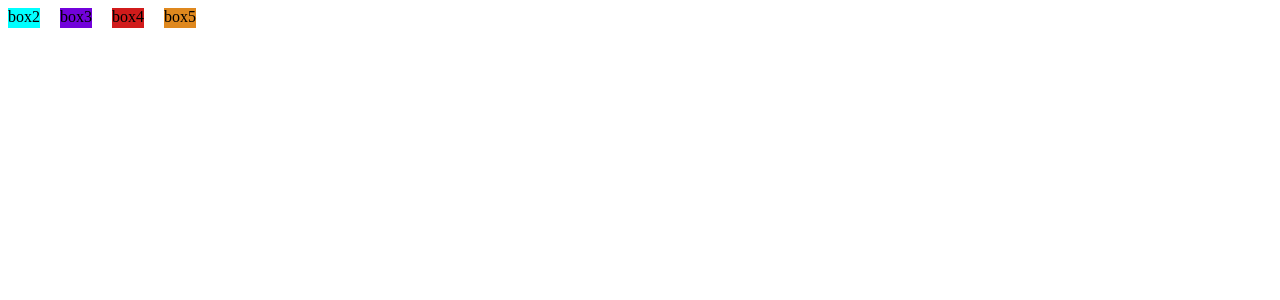
Repository: ABDUSALIMSUBAHIELBASHI/full-html-css-js
Page: Desktop/coding/css/indexday2.html
An editor plug-in stored every save of this project. The page is shown before and after the next save, followed by the edit.
The browser window is 1280 px wide. The pictures show the whole page.

Above is the page before, as saved 2025-09-16 10:37:24.

After the next save:
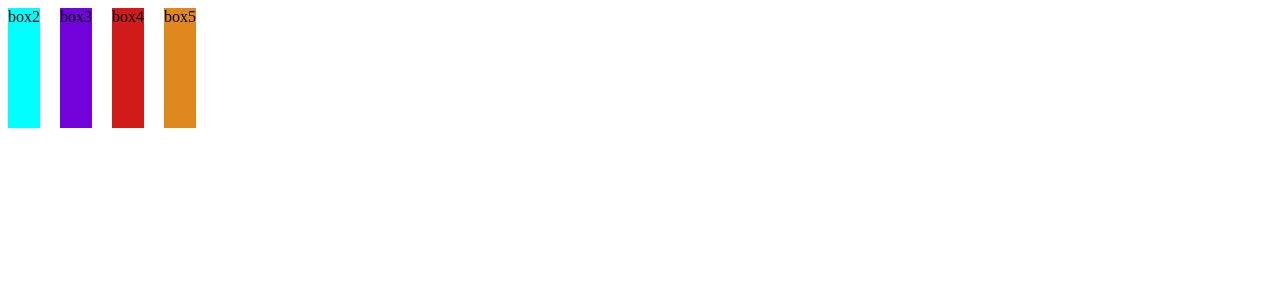
Saved 44 s later.
--- a/Desktop/coding/css/indexday2.css
+++ b/Desktop/coding/css/indexday2.css
@@ -8,7 +8,7 @@
 }
 #box{
     width: 120px;
-    height: 20px;
+    height: 120px;
 }
 .box2{
     background-color: rgb(0, 255, 255);
